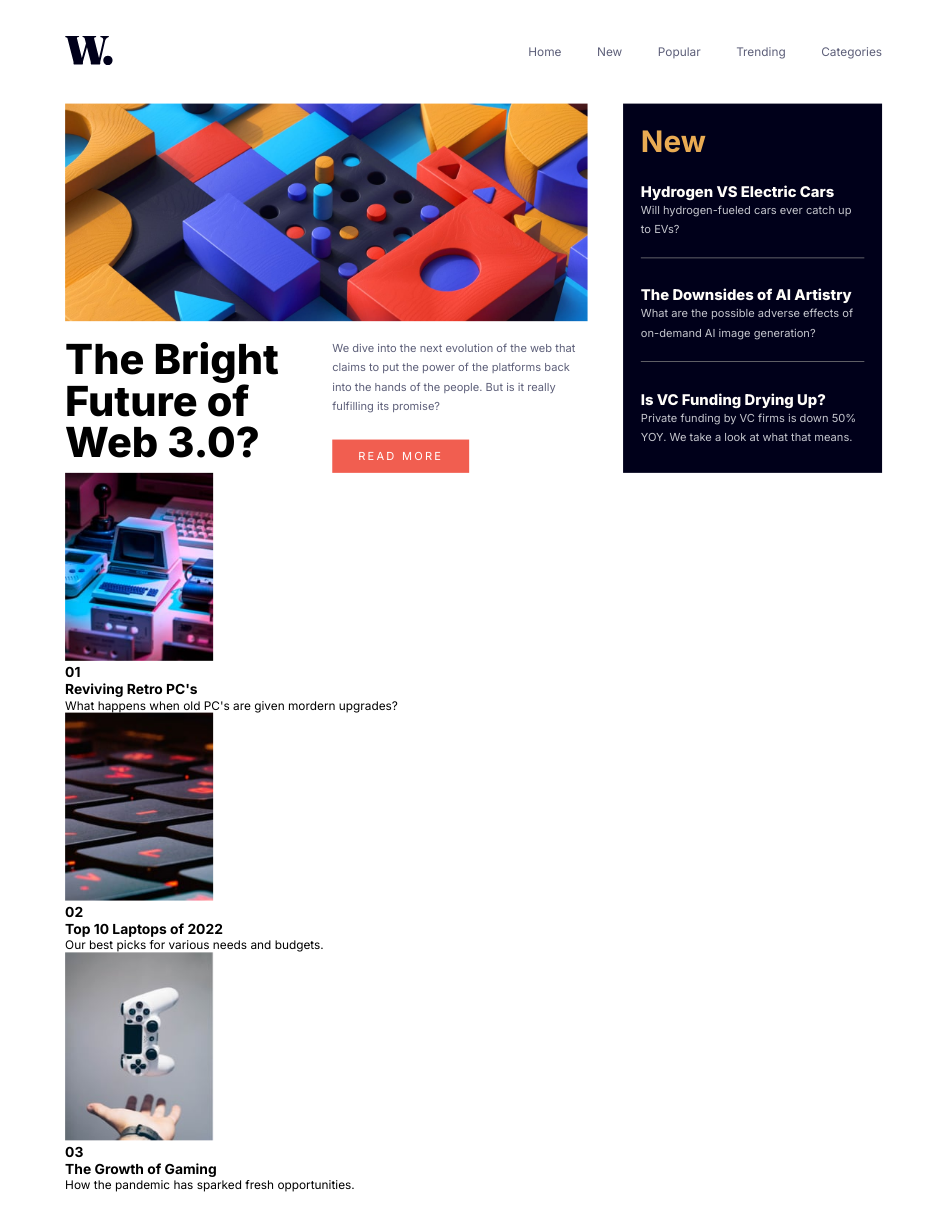
Repository: DevAntonioRogers/FrontendMentor-News-Homepage
Page: index.html
These files come from the project's save history. The page is drawn as it stood at one moment and after the next save; the edit follows.
The browser window is 1280 px wide. The pictures show the whole page, at 74% of full size.

Above is the page before, as saved 2023-04-22 15:40:07.

### index.html
<!DOCTYPE html>
<html lang="en">
  <head>
    <meta charset="UTF-8" />
    <meta http-equiv="X-UA-Compatible" content="IE=edge" />
    <meta name="viewport" content="width=device-width, initial-scale=1.0" />
    <link rel="stylesheet" href="styles.css" />
    <title>Document</title>
  </head>
  <body>
    <nav>
      <div class="logo">
        <img src="./assets/logo.svg" alt="logo" />
      </div>
      <ul class="nav-menu">
        <li>Home</li>
        <li>New</li>
        <li>Popular</li>
        <li>Trending</li>
        <li>Categories</li>
      </ul>
      <div class="mobile-icons">
        <img src="./assets/icon-menu.svg" alt="" />
        <img src="./assets/icon-menu-close.svg" alt="" />
      </div>
    </nav>

    <section class="hero">
      <div class="left">
        <picture>
          <source srcset="assets/image-web-3-mobile.jpg" media="(max-width: 768px)" />
          <img src="assets/image-web-3-desktop.jpg" alt="banner" />
        </picture>
        <article class="hero-article">
          <div class="hero-article-left">
            <h1>The Bright Future of Web 3.0?</h1>
          </div>
          <div class="hero-article-right">
            <div>
              <p>
                We dive into the next evolution of the web that claims to put the power of the platforms back into the
                hands of the people. But is it really fulfilling its promise?
              </p>
              <button>Read More</button>
            </div>
          </div>
        </article>
      </div>
      <div class="right">
        <h1>New</h1>

        <div>
          <h3>Hydrogen VS Electric Cars</h3>
          <p>Will hydrogen-fueled cars ever catch up to EVs?</p>
        </div>

        <div>
          <h3>The Downsides of AI Artistry</h3>
          <p>What are the possible adverse effects of on-demand AI image generation?</p>
        </div>

        <div>
          <h3>Is VC Funding Drying Up?</h3>
          <p>Private funding by VC firms is down 50% YOY. We take a look at what that means.</p>
        </div>
      </div>
    </section>

    <section class="articles">
      <article>
        <div class="article-image">
          <img src="/assets/image-retro-pcs.jpg" alt="" />
        </div>
        <div class="article-info">
          <h1>01</h1>
          <h3>Reviving Retro PC's</h3>
          <p>What happens when old PC's are given mordern upgrades?</p>
        </div>
      </article>

      <article>
        <div class="article-image">
          <img src="/assets/image-top-laptops.jpg" alt="" />
        </div>
        <div class="article-info">
          <h1>02</h1>
          <h3>Top 10 Laptops of 2022</h3>
          <p>Our best picks for various needs and budgets.</p>
        </div>
      </article>

      <article>
        <div class="article-image">
          <img src="/assets/image-gaming-growth.jpg" alt="" />
        </div>
        <div class="article-info">
          <h1>03</h1>
          <h3>The Growth of Gaming</h3>
          <p>How the pandemic has sparked fresh opportunities.</p>
        </div>
      </article>
    </section>
  </body>
</html>

### styles.css
@import url('https://fonts.googleapis.com/css2?family=Inter:wght@400;700;800&display=swap');

*{
  box-sizing: border-box;
  margin: 0;
  padding: 0;
  font-family: 'Inter', sans-serif;
}

/* img{
  width: 100%;
  height: 100%;
} */

body{
  max-width: 1200px;
  margin: auto;
  padding: 3rem;
}

a{
  text-decoration: none;
}

li{
  list-style: none;
}

/* NAVBAR STYLES */

nav{
  display: flex;
  justify-content: space-between;
  align-items: center;
}

.nav-menu{
  display: flex;
  gap: 3rem;
}

.nav-menu{
  color: hsl(236, 13%, 42%);
}

.mobile-icons{
  display: none;
}

/* HERO STYLES */

.hero{
  display: flex;
  justify-content: center;
  gap: 3rem;
  margin-top: 3rem;
  max-height: 500px;
}

.left{
  display: flex;
  flex-direction: column;
}

.left img{
  max-width: 100%;
  height: 100%;
}

.hero-article{
  display: grid;
  grid-template-columns: 1fr 1fr;
  margin-top: 1.5rem;
  gap: 1rem;
  height: auto
}

.hero-article h1{
  font-weight: 800;
  font-size: 56px;
  line-height: 56px;
}



.hero-article button{
  color: white;
  background-color: hsl(5, 85%, 63%);
  width: 185px;
  padding: 0.8rem;
  font-size: 15px;
  letter-spacing: 3px;
  text-transform: uppercase;
  border: none;
}


.hero-article p{
  font-weight: 400;
  font-size: 15px;
  line-height: 26px;
  color: hsl(236, 13%, 42%);
  margin-bottom: 2rem;
}

.hero-article-right div{
  display: flex;
  flex-direction: column;
}










.right{
  background-color: hsl(240, 100%, 5%);
  color: white;
  padding: 2rem 1.5rem;
  display: flex;
  flex-direction: column;
  gap: 2rem;
  min-width: 350px;
}

.right h1{
  font-size: 40px;
  color: hsl(35, 77%, 62%);
  line-height: 40px;
  font-weight: 700;
}

.right h3 {
  font-weight: 800;
  font-size: 20px;
  line-height: 24px;
  color: hsl(36, 100%, 99%);
}

.right p{
  font-weight: 400;
  font-size: 15px;
  line-height: 26px;
  color: hsl(233, 8%, 79%);
}

.right div{
  margin: auto;
  border-bottom: solid 1px grey;
  padding-bottom: 25px;
}

.right div:nth-child(4){
  border: none;
  padding-bottom: 0;
}

After the next save:
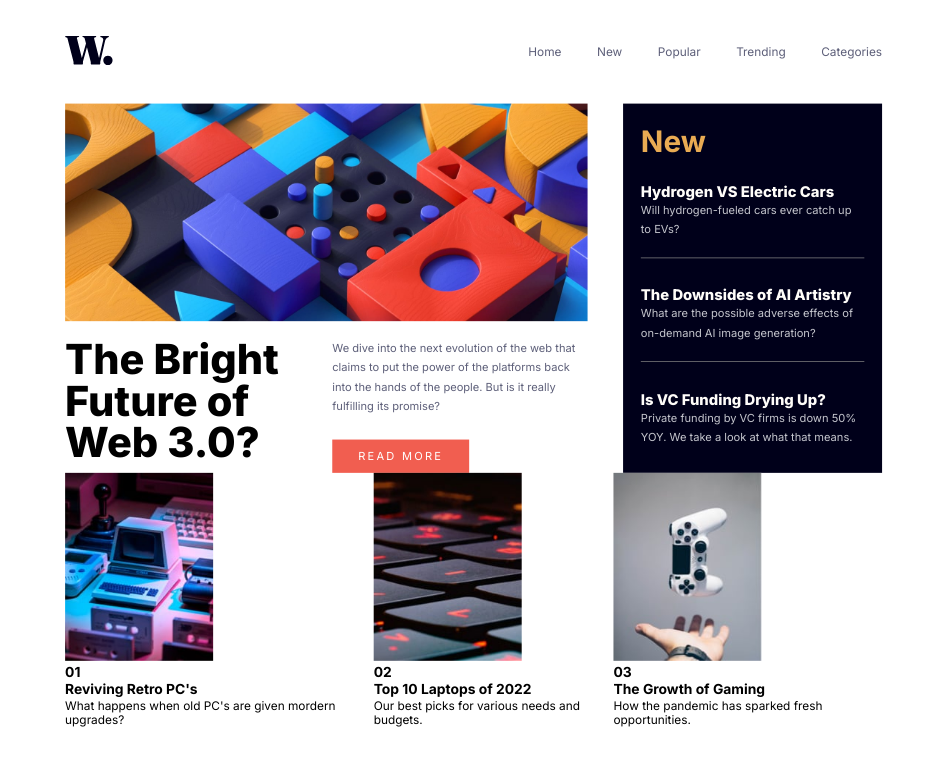
Saved 49 s later.
--- a/styles.css
+++ b/styles.css
@@ -109,14 +109,6 @@ nav{
 }
 
 
-
-
-
-
-
-
-
-
 .right{
   background-color: hsl(240, 100%, 5%);
   color: white;
@@ -158,3 +150,10 @@ nav{
   border: none;
   padding-bottom: 0;
 }
+
+
+/* ARTICLE STYLES */
+
+.articles{
+  display: flex;
+}
